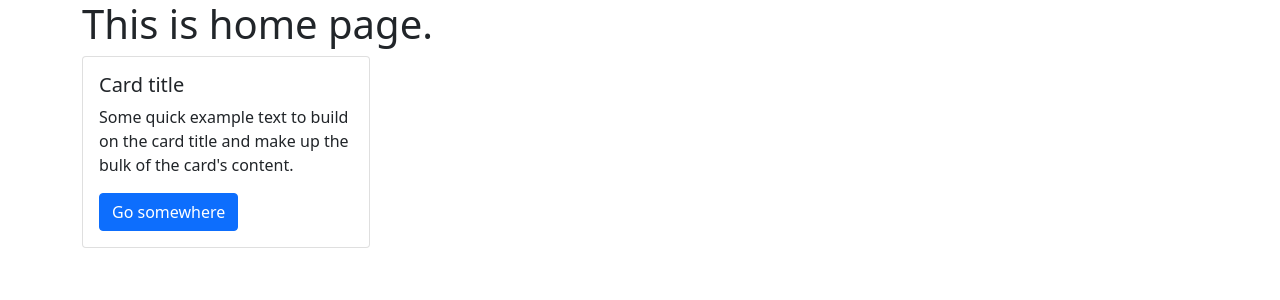
Repository: Hits-95/Spring
Page: http://localhost/SpringMVC_Search/home
An editor plug-in stored every save of this project. The page is shown before and after the next save, followed by the edit.
The browser window is 1280 px wide. The pictures show the whole page.
The page is served by Tomcat 9. Other server files are loaded and not shown.

Above is the page before, as saved 2021-04-10 06:44:00.

### SpringMVC_Search/src/main/webapp/WEB-INF/spring-servlet.xml
<?xml version="1.0" encoding="UTF-8"?>
<beans xmlns="http://www.springframework.org/schema/beans"
	xmlns:xsi="http://www.w3.org/2001/XMLSchema-instance" xmlns:context="http://www.springframework.org/schema/context"
	xmlns:p="http://www.springframework.org/schema/p" xmlns:tx="http://www.springframework.org/schema/tx"
	xsi:schemaLocation="http://www.springframework.org/schema/beans
 	http://www.springframework.org/schema/beans/spring-beans.xsd
 	http://www.springframework.org/schema/context
 	http://www.springframework.org/schema/context/spring-context.xsd
 	http://www.springframework.org/schema/tx
 	http://www.springframework.org/schema/tx/spring-tx.xsd
 	">


	<!-- enable annotation -->
	<context:component-scan base-package="SpringMVC_Search"></context:component-scan>
	<!-- this is our bean -->

	<bean
		class="org.springframework.web.servlet.view.InternalResourceViewResolver"
		name="viewResolver">

		<property name="prefix" value="/WEB-INF/views/" />
		<property name="suffix" value=".jsp" />
	</bean>



</beans>

### SpringMVC_Search/src/main/webapp/WEB-INF/views/home.jsp
<%@ page language="java" contentType="text/html; charset=ISO-8859-1"
	pageEncoding="ISO-8859-1"%>
<%@include file="link.jsp"%>
<!DOCTYPE html PUBLIC "-//W3C//DTD HTML 4.01 Transitional//EN" "http://www.w3.org/TR/html4/loose.dtd">
<html>
<head>
<meta http-equiv="Content-Type" content="text/html; charset=ISO-8859-1">
<title>Home</title>
</head>
<body>
	<div class="container">
		<h1>This is home page.</h1>

		<div class="card" style="width: 18rem;">
			<!-- <img src="..." class="card-img-top" alt="..."> -->
			<div class="card-body">
				<h5 class="card-title">Card title</h5>
				<p class="card-text">Some quick example text to build on the
					card title and make up the bulk of the card's content.</p>
				<a href="#" class="btn btn-primary">Go somewhere</a>
			</div>
		</div>
	</div>

</body>
</html>

### SpringMVC_Search/src/main/webapp/WEB-INF/views/link.jsp
<!doctype html>
<html lang="en">
  <head>
    <!-- Required meta tags -->
    <meta charset="utf-8">
    <meta name="viewport" content="width=device-width, initial-scale=1">

    <!-- Bootstrap CSS -->
    <link href="https://cdn.jsdelivr.net/npm/bootstrap@5.0.0-beta3/dist/css/bootstrap.min.css" rel="stylesheet" integrity="sha384-eOJMYsd53ii+scO/bJGFsiCZc+5NDVN2yr8+0RDqr0Ql0h+rP48ckxlpbzKgwra6" crossorigin="anonymous">


  </head>
  <body>


    <!-- Optional JavaScript; choose one of the two! -->

    <!-- Option 1: Bootstrap Bundle with Popper -->
    <script src="https://cdn.jsdelivr.net/npm/bootstrap@5.0.0-beta3/dist/js/bootstrap.bundle.min.js" integrity="sha384-JEW9xMcG8R+pH31jmWH6WWP0WintQrMb4s7ZOdauHnUtxwoG2vI5DkLtS3qm9Ekf" crossorigin="anonymous"></script>

    <!-- Option 2: Separate Popper and Bootstrap JS -->
    <!--
    <script src="https://cdn.jsdelivr.net/npm/@popperjs/core@2.9.1/dist/umd/popper.min.js" integrity="sha384-SR1sx49pcuLnqZUnnPwx6FCym0wLsk5JZuNx2bPPENzswTNFaQU1RDvt3wT4gWFG" crossorigin="anonymous"></script>
    <script src="https://cdn.jsdelivr.net/npm/bootstrap@5.0.0-beta3/dist/js/bootstrap.min.js" integrity="sha384-j0CNLUeiqtyaRmlzUHCPZ+Gy5fQu0dQ6eZ/xAww941Ai1SxSY+0EQqNXNE6DZiVc" crossorigin="anonymous"></script>
    -->
  </body>
</html>

### SpringMVC_Search/src/main/java/SpringMVC_Search/SearchController.java
package SpringMVC_Search;

import org.springframework.stereotype.Controller;
import org.springframework.web.bind.annotation.RequestMapping;

@Controller
public class SearchController {

	@RequestMapping("/home")
	public String home(){

		System.out.println("home was called...");
		return"home";
	}
}

After the next save:
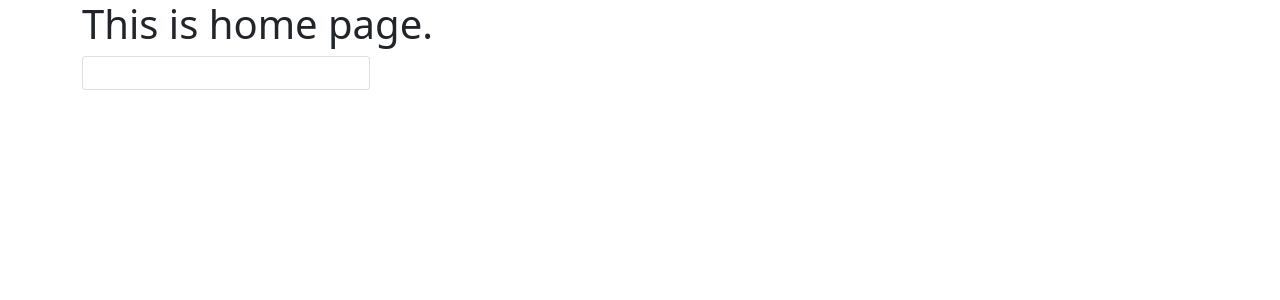
Saved 14 s later.
--- a/SpringMVC_Search/src/main/webapp/WEB-INF/views/home.jsp
+++ b/SpringMVC_Search/src/main/webapp/WEB-INF/views/home.jsp
@@ -14,10 +14,10 @@
 		<div class="card" style="width: 18rem;">
 			<!-- <img src="..." class="card-img-top" alt="..."> -->
 			<div class="card-body">
-				<h5 class="card-title">Card title</h5>
+				<!-- <h5 class="card-title">Card title</h5>
 				<p class="card-text">Some quick example text to build on the
 					card title and make up the bulk of the card's content.</p>
-				<a href="#" class="btn btn-primary">Go somewhere</a>
+				<a href="#" class="btn btn-primary">Go somewhere</a> -->
 			</div>
 		</div>
 	</div>
